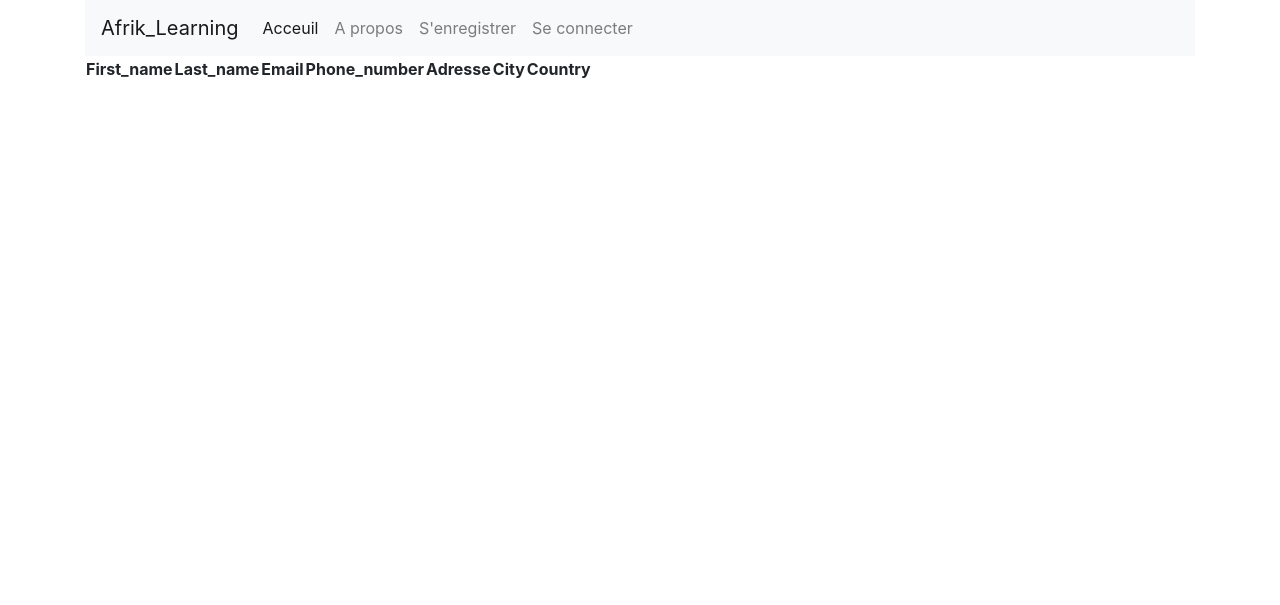
Repository: ZombreChristian/Di-Bootcamp
Page: http://localhost/
These files come from the project's save history. The page is drawn as it stood at one moment and after a run of saves; the edit follows.
The browser window is 1280 px wide. The pictures show the whole page.
Some web libraries are served in a nearby version. The page is served by the project's application, run on Django 4.2 (manage.py). Other server files are loaded and not shown.

Above is the page before, as saved 2023-01-06 02:31:07.

### Week-8/Day-5/exercice/Mini-projet/rent/templates/rent/ajoutclient.html
{% extends "base.html" %}
{% block content %}


<table>

        <tr>
            <th>First_name</th>
            <th>Last_name</th>
            <th>Email</th>
            <th>Phone_number</th>
            <th>Adresse</th>
            <th>City</th>
            <th>Country</th>
        </tr>

         {% for client in clients %}
            <tr>
                <td>{{client.first_name}}</td>
                <td> {{client.last_name}}</td>
                <td>{{client.email}}</td>
                <td>{{client.phone_number}}</td>
                <td>{{client.address}}</td>
                <td>{{client.city}}</td>
                <td>{{client.country}}</td>

            </tr>
        {% endfor %}




</table>


{% endblock content %}

### Week-8/Day-5/exercice/Mini-projet/rent/templates/base.html
<!DOCTYPE html>
<html lang="en">
<head>
    <link rel="stylesheet" href="https://cdn.jsdelivr.net/npm/bootstrap@4.0.0/dist/css/bootstrap.min.css" integrity="sha384-Gn5384xqQ1aoWXA+058RXPxPg6fy4IWvTNh0E263XmFcJlSAwiGgFAW/dAiS6JXm" crossorigin="anonymous">
    <meta charset="UTF-8">
    <meta http-equiv="X-UA-Compatible" content="IE=edge">
    <meta name="viewport" content="width=device-width, initial-scale=1.0">
    <title>Vente</title>
</head>
<body>
    <div class="container">
        <div class="row">
            <div class="col-md-12">
                <nav class="navbar navbar-expand-md navbar-light bg-light">
                    <a class="navbar-brand" href="#">Afrik_Learning</a>
                    <button class="navbar-toggler" type="button" data-toggle="collapse" data-target="#navbarNav" aria-controls="navbarNav" aria-expanded="false" aria-label="Toggle navigation">
                      <span class="navbar-toggler-icon"></span>
                    </button>
                    <div class="collapse navbar-collapse" id="navbarNav">
                      <ul class="navbar-nav">
                        <li class="nav-item active">
                          <a class="nav-link" href="#">Acceuil <span class="sr-only">(current)</span></a>
                        </li>
                        <li class="nav-item">
                          <a class="nav-link" href="#">A propos</a>
                        </li>
                        <li class="nav-item">
                          <a class="nav-link" href="#">S'enregistrer</a>
                        </li>
                        <li class="nav-item">
                          <a class="nav-link" href="#">Se connecter</a>
                        </li>
                        {% if user.is_authenticated  %}
                          <li class="nav-item">
                            <a class="nav-link" href="#">Lougout</a>
                          </li>
                        {% endif %}
                         <li class="nav-item">
                          <a class="nav-link" href="#">{{request.user.username}}</a>
                        </li>

                      </ul>
                    </div>
                  </nav>

            </div>
        </div>
        {% block content %}

        {% endblock content %}

    </div>







    <script src="https://code.jquery.com/jquery-3.2.1.slim.min.js" integrity="sha384-KJ3o2DKtIkvYIK3UENzmM7KCkRr/rE9/Qpg6aAZGJwFDMVNA/GpGFF93hXpG5KkN" crossorigin="anonymous"></script>
<script src="https://cdn.jsdelivr.net/npm/popper.js@1.12.9/dist/umd/popper.min.js" integrity="sha384-ApNbgh9B+Y1QKtv3Rn7W3mgPxhU9K/ScQsAP7hUibX39j7fakFPskvXusvfa0b4Q" crossorigin="anonymous"></script>
<script src="https://cdn.jsdelivr.net/npm/bootstrap@4.0.0/dist/js/bootstrap.min.js" integrity="sha384-JZR6Spejh4U02d8jOt6vLEHfe/JQGiRRSQQxSfFWpi1MquVdAyjUar5+76PVCmYl" crossorigin="anonymous"></script>
</body>
</html>

### Week-8/Day-5/exercice/Mini-projet/rent/forms.py
from django import forms
from rent.models import Client, Vehicule, TypeVehicule, TailleVehicule , Location , TarifLocation


class ClientForm(forms.ModelForm):

    class Meta:
        model = Client
        fields = '__all__'


class VehiculeForm(forms.ModelForm):

    class Meta:
        model = Vehicule
        fields = '__all__'


class LocationForm(forms.ModelForm):

    class Meta:
        model = Location
        fields = '__all__'

### Week-8/Day-5/exercice/Mini-projet/rent/models.py
from django.db import models

# Create your models here.

class Client(models.Model):
    first_name = models.CharField(max_length=100)
    last_name = models.CharField(max_length=150)
    email = models.CharField(max_length=50)
    phone_number = models.IntegerField()
    address = models.TextField(max_length=50)
    city = models.CharField(max_length=50)
    country = models.CharField(max_length=50)

    def __str__(self):
        return self.first_name

    class Meta:
        ordering = ['first_name','last_name']




class TypeVehicule(models.Model):
    name = models.CharField(max_length=50)

    def __str__(self):
        return self.name




class TailleVehicule(models.Model):
    name = models.CharField(max_length=50)

    def __str__(self):
        return self.name





class Vehicule(models.Model):
    vehicule_type = models.ForeignKey(TypeVehicule, related_name=("Type"), on_delete=models.CASCADE)
    date_created = models.DateTimeField(auto_now_add=True)
    prix = models.FloatField()
    taille = models.ForeignKey(TailleVehicule, related_name=("Taille"), on_delete=models.CASCADE)

    def __str__(self):
        return self.vehicule_type


class Location(models.Model):
    date_location = models.DateTimeField(auto_now_add=True)
    date_retour = models.DateTimeField(auto_now_add = True,null=True )
    client = models.ForeignKey(Client, related_name=("Client"), on_delete=models.CASCADE)
    vehicule = models.ForeignKey(Vehicule, related_name=("Vehicule"), on_delete=models.CASCADE)


    class Meta:
        ordering = ['date_location']



class TarifLocation(models.Model):
    tarif_jour = models.FloatField()
    type_vehicule = models.ForeignKey(TypeVehicule, on_delete=models.CASCADE)
    taille_vehicule = models.ForeignKey(TailleVehicule, on_delete=models.CASCADE)

### Week-8/Day-5/exercice/Mini-projet/rent/views.py
from django.shortcuts import render
from rent.models import Client, Vehicule, TypeVehicule, TailleVehicule , Location , TarifLocation
from rent.forms import ClientForm, VehiculeForm, LocationForm

# Create your views here.
def ajouterclient(request):
    #recuperer et afficher les données
    clients = Client.objects.all()


    #test si la request est une soumission
    if request.method == 'POST':
        #on initialise le formulaire avec
        form = ClientForm(request.POST)

        if form.is_valid():
            #on enregitre
            form.save()
         #on reinitialise le formulaire vide avec
            form = ClientForm()
    else :
        #sinon on  reinitialise le formulaire vide avec
        form = ClientForm()

    context = {"Clients":clients,"form":form}

    return render(request,'rent/ajoutclient.html',context)

### Week-8/Day-5/exercice/Mini-projet/bike_store/urls.py
"""bike_store URL Configuration

The `urlpatterns` list routes URLs to views. For more information please see:
    https://docs.djangoproject.com/en/4.1/topics/http/urls/
Examples:
Function views
    1. Add an import:  from my_app import views
    2. Add a URL to urlpatterns:  path('', views.home, name='home')
Class-based views
    1. Add an import:  from other_app.views import Home
    2. Add a URL to urlpatterns:  path('', Home.as_view(), name='home')
Including another URLconf
    1. Import the include() function: from django.urls import include, path
    2. Add a URL to urlpatterns:  path('blog/', include('blog.urls'))
"""
from django.contrib import admin
from django.urls import path ,include

urlpatterns = [
    path('admin/', admin.site.urls),
    path('', include('rent.urls')),
]

### Week-8/Day-5/exercice/Mini-projet/rent/urls.py
from django.contrib import admin
from django.urls import path
from . import views

urlpatterns = [
    path('',views.ajouterclient ,name='ajouterclient'),
]

After the next 2 saves:
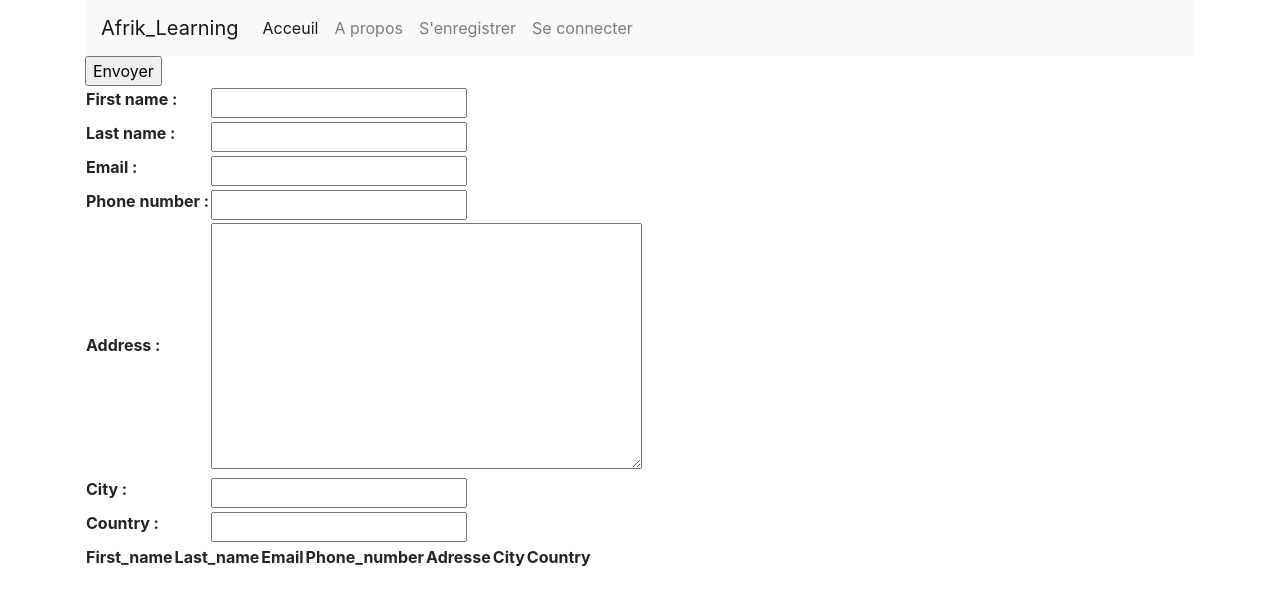
The 2 saves are shown as one change because they came seconds apart.
The last was saved 7 s later.
--- a/Week-8/Day-5/exercice/Mini-projet/rent/templates/rent/ajoutclient.html
+++ b/Week-8/Day-5/exercice/Mini-projet/rent/templates/rent/ajoutclient.html
@@ -1,6 +1,17 @@
 {% extends "base.html" %}
 {% block content %}
 
+<table>
+    <tr>
+        <form action = "" method = "post">
+             {% csrf_token %}
+             {{form.as_table}}
+             <input type ="submit" value ="Envoyer">
+        </form>
+
+    </tr>
+
+</table>
 
 <table>
 
